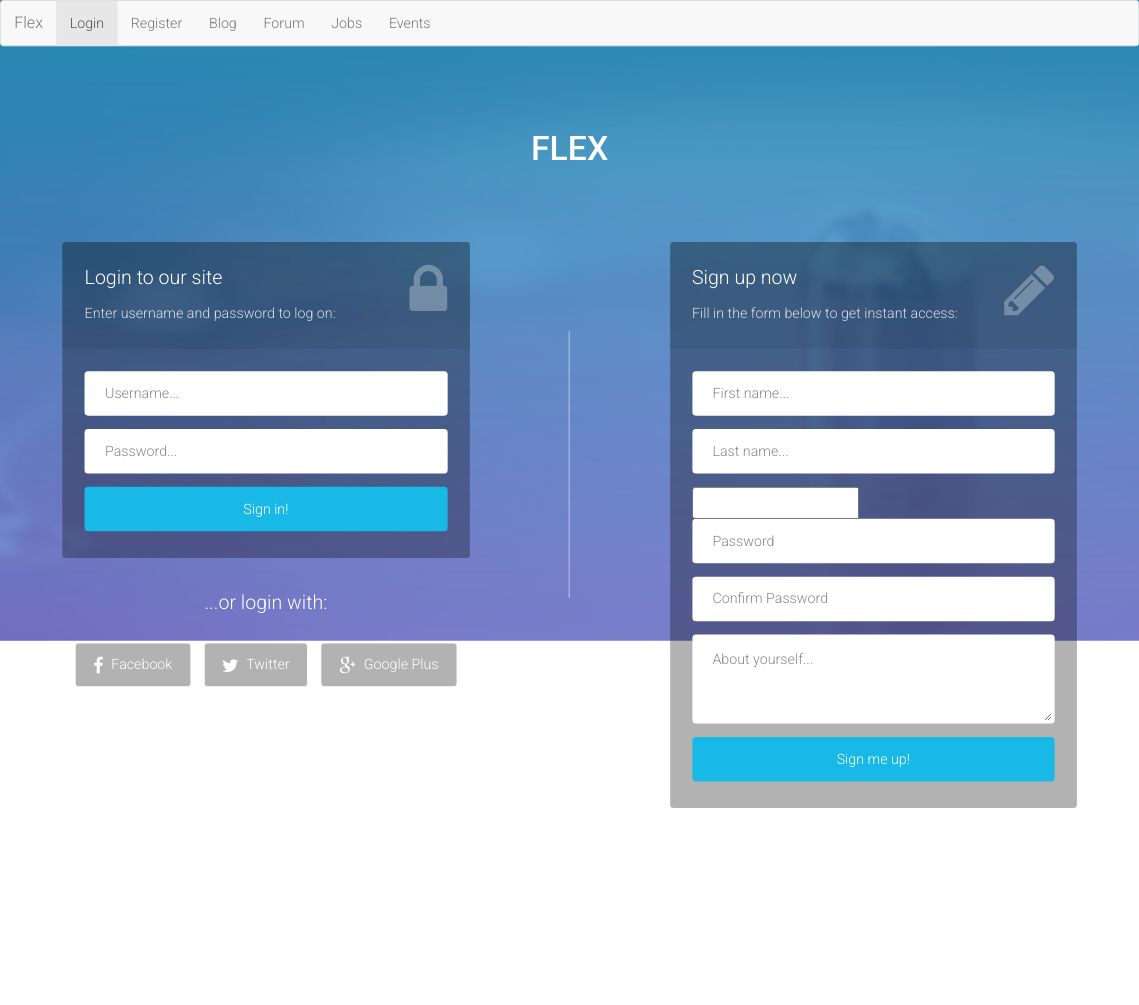
Repository: Angelamritha2012/Flex
Page: Collaboration/WebContent/index.html
The author's editor kept a copy of each file at every save. The page is drawn from the files as they stood at one save, then again after the next save.
The browser window is 1280 px wide. The pictures show the whole page, at 89% of full size.
Some web libraries are served in a nearby version.

Above is the page before, as saved 2017-11-29 14:35:07.

After the next save:
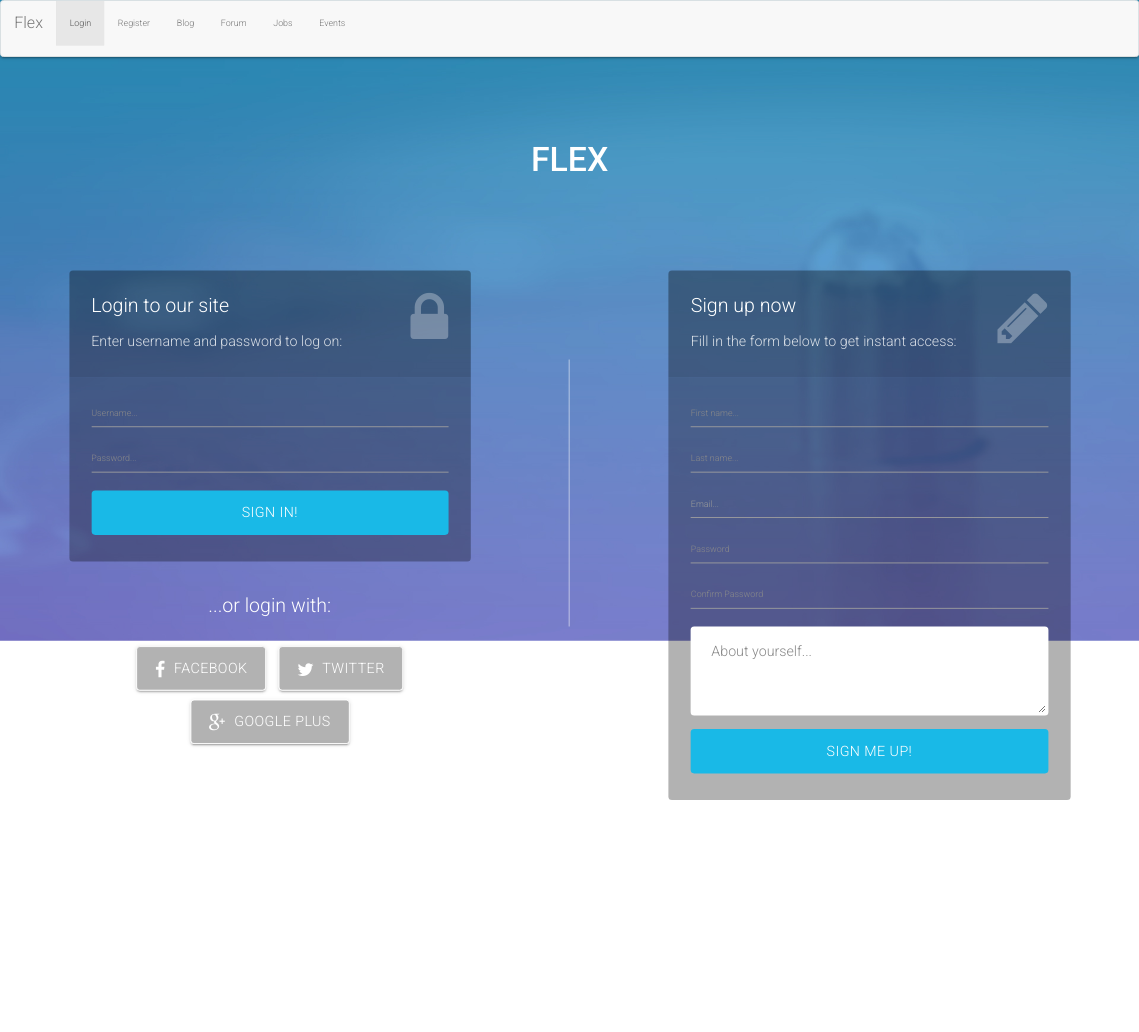
Console error: ReferenceError: $ is not defined
Saved 79 s later.
--- a/Collaboration/WebContent/index.html
+++ b/Collaboration/WebContent/index.html
@@ -2,6 +2,12 @@
 <html ng-app="">
 
     <head>
+    <link rel="stylesheet" href="https://cdnjs.cloudflare.com/ajax/libs/materialize/0.100.2/css/materialize.min.css">
+
+  <!-- Compiled and minified JavaScript -->
+
+  <script src="https://cdnjs.cloudflare.com/ajax/libs/materialize/0.100.2/js/materialize.min.js"></script>
+
       <script src = "http://ajax.googleapis.com/ajax/libs/angularjs/1.3.14/angular.min.js"></script>
 
         <meta charset="utf-8">
@@ -108,7 +114,6 @@
 	                        </div>
 
                         </div>
-
                         <div class="col-sm-1 middle-border"></div>
                         <div class="col-sm-1"></div>
 
@@ -125,38 +130,72 @@
 	                        		</div>
 	                            </div>
 	                            <div class="form-bottom">
-				                    <form role="form" action="" method="post" class="registration-form">
-				                    	<div class="form-group">
-				                    		<label class="sr-only" for="form-first-name">First name</label>
-				                        	<input type="text" name="form-first-name" placeholder="First name..." class="form-first-name form-control" id="form-first-name">
-				                       <!-- <input name = "firstname" type = "text" ng-model = "firstName" required>
+
+<form name="userForm" ng-submit="submitForm()" novalidate>
+				                    	<!-- <div class="form-group">
+				                    		<!-- <label class="sr-only" for="form-first-name">First name</label>
+				                        	<input type="text" name="first-name" placeholder="First name..." class="form-first-name form-control" id="form-first-name" ng-model = "firstName" required>
+				                        	  <span style="color:red" ng-show="myForm.firstname.$dirty && myForm.firstname.$invalid">
+  <span ng-show="myForm.firstname.$error.required">firstname is required.</span>
+  </span>
+				                       <input name = "firstname" type = "text" ng-model = "firstName" required>
                      <span style = "color:red" ng-show = "studentForm.firstname.$dirty && studentForm.firstname.$invalid">
                         <span ng-show = "Form.firstname.$error.required">First Name is required.</span>
-                     </span>   -->
-				                        </div>
-				                        <div class="form-group">
-				                        	<label class="sr-only" for="form-last-name">Last name</label>
-				                        	<input type="text" name="form-last-name" placeholder="Last name..." class="form-last-name form-control" id="form-last-name">
-				                        </div>
-				                        <!-- <div class="form-group">
+                     </span>
+				                        </div>
+				                        <label>First Name:</label>
+<input type="text" name="FirstName" ng-model="firstName" required />
+<div ng-messages="myForm.firstName.$error">
+  <div ng-message="required">This field is required</div>
+</div>
+				                        </div>
+				                         -->
+				                         <div class="form-group" ng-class="{ 'has-error' : userForm.name.$invalid && !userForm.name.$pristine }">
+				                        	<label class="sr-only" for="form-firstname">First name</label>
+
+            <input type="text" name="name" class="form-control" placeholder="First name..."ng-model="user.name" required>
+
+            <p style="color:white" ng-show="userForm.name.$invalid && !userForm.name.$pristine" class="help-block">You first name is required.</p>
+        </div>
+
+				                       <div class="form-group" ng-class="{ 'has-error' : userForm.name.$invalid && !userForm.name.$pristine }">
+				                        	<label class="sr-only" for="form-lastname">Last name</label>
+
+            <input type="text" name="lastname" class="form-control" placeholder="Last name..."ng-model="user.lastname" required>
+
+            <p style="color:white" ng-show="userForm.lastname.$invalid && !userForm.lastname.$pristine" class="help-block">You last name is required.</p>
+        </div>
+				                         <div class="form-group" ng-class="{ 'has-error' : userForm.email.$invalid && !userForm.email.$pristine }">
 				                        	<label class="sr-only" for="form-email">Email</label>
-				                        	<input type="text" name="form-email" placeholder="Email..." class="form-email form-control" id="form-email">
-				                        </div> -->
-				                        <p ng-if="loginForm.email.$error.email">
-  Please enter a valid email
-</p>
-<input type="email" ng-model="email" name="email" required>
-<p ng-if="loginForm.email.$error.required">
-  Please enter your email
-</p>
-										<div class="form-group">
+
+            <input type="email" name="email" class="form-control" placeholder="Email..." ng-model="user.email" required >
+              <span style="color:white" ng-show="userForm.email.$dirty && userForm.email.$invalid">
+
+<span ng-show="userForm.email.$error.required">Email is required.</span>
+  <span ng-show="userForm.email.$error.email">Invalid email address.</span>
+  </span>
+        </div>
+
+										 <!-- <div class="form-group">
 				                        	<label class="sr-only" for="password">PassWord</label>
 				                        	<input type="text" name="form-password" placeholder="Password" class="form-password form-control" id="form-password">
 				                        </div>
+
 										<div class="form-group">
 				                        	<label class="sr-only" for="confirm password">Confirm PassWord</label>
 				                        	<input type="text" name="form-confirm-password" placeholder="Confirm Password" class="form-confirm-password form-control" id="form-confirm-password">
-				                        </div>
+				                        </div> -->
+				                         <div>
+        <input name="password" type="password" class="form-control" placeholder="Password" ng-model="formData.password" ng-pattern="/(?=.*[a-z])(?=.*[A-Z])(?=.*[^a-zA-Z])/" required />
+        <span style="color:white" ng-show="!userForm.password.$error.required &&  userForm.password.$error.pattern && userForm.password.$dirty">Must contain one lower &amp; uppercase letter, and one non-alpha character (a number or a symbol.)</span>
+      </div>
+      <div>
+        <input name="confirm_password" type="password" class="form-control" placeholder="Confirm Password" ng-model="formData.confirmPassword" ng-pattern="formData.password" required />
+        <span style="color:white" ng-show="formData.password != formData.confirmPassword">Your passwords must match.</span>
+      </div>
+      <div>
+
+
 				                        <div class="form-group">
 				                        	<label class="sr-only" for="form-about-yourself">About yourself</label>
 				                        	<textarea name="form-about-yourself" placeholder="About yourself..."
@@ -164,6 +203,7 @@
 				                        </div>
 				                        <button type="submit" class="btn">Sign me up!</button>
 				                    </form>
+
 			                    </div>
                         	</div>
 
@@ -200,6 +240,5 @@
             <script src="assets/js/placeholder.js"></script>
         <![endif]-->
 
-    </body>
-
+</body>
 </html>
